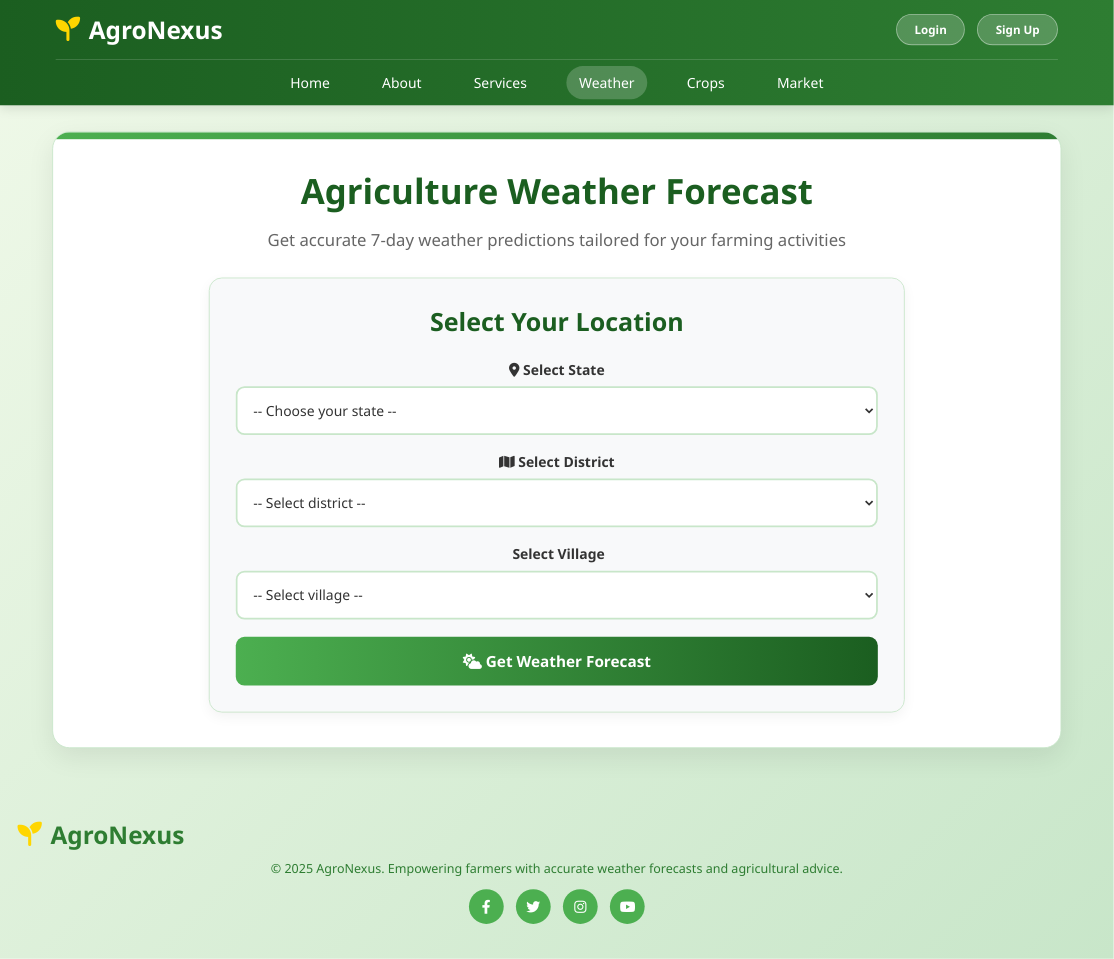
Repository: Sanika-ce/AgroNexus
Page: wheather.html
The author's editor kept a copy of each file at every save. The page is drawn from the files as they stood at one save, then again after the next save.
The browser window is 1280 px wide. The pictures show the whole page, at 87% of full size.

Above is the page before, as saved 2025-08-02 17:11:19.
Not found: weather.js

After the next save:
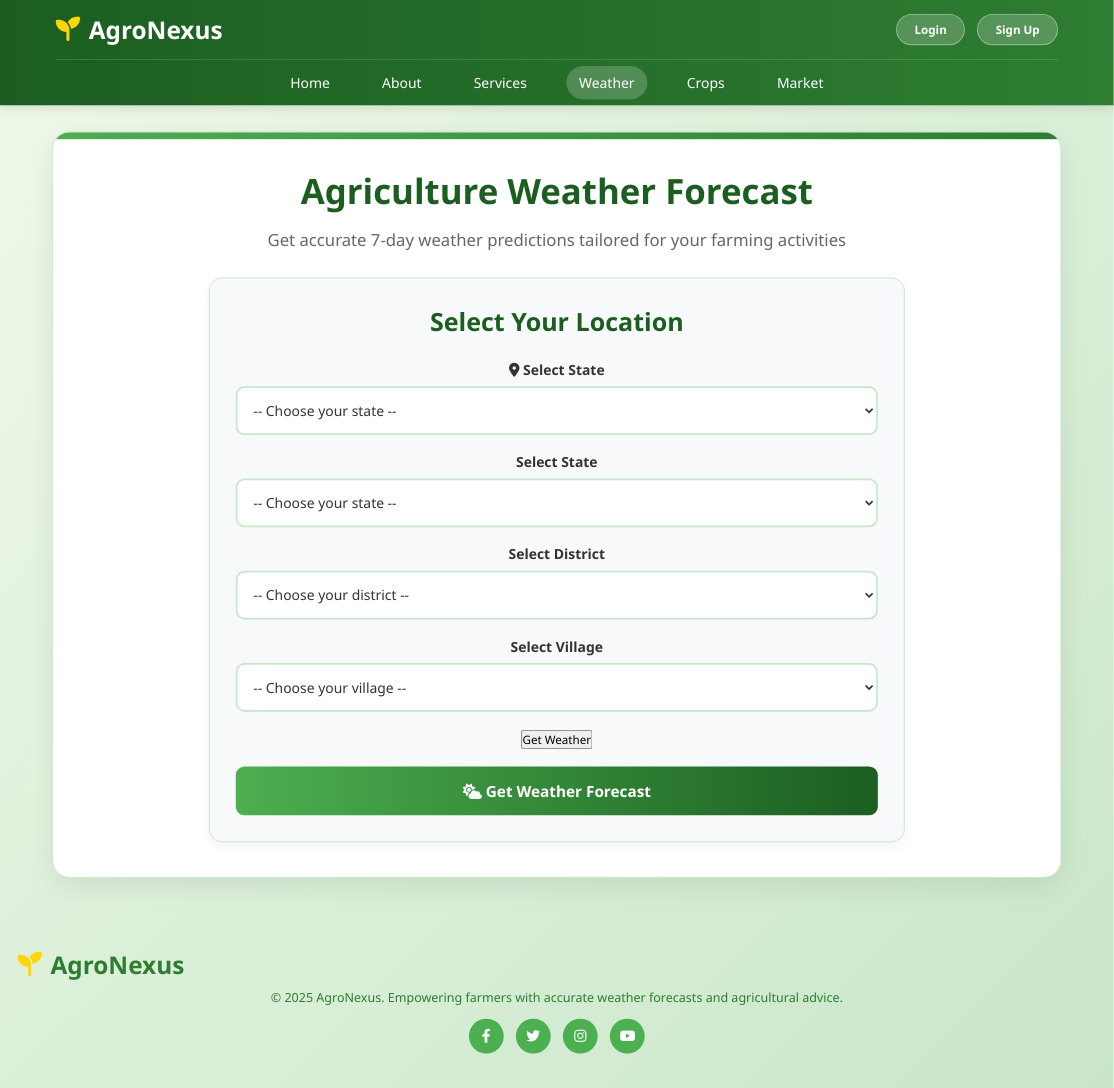
Saved 10 min 25 s later.
--- a/wheather.html
+++ b/wheather.html
@@ -58,19 +58,34 @@
                     </select>
                 </div>
 
-                <div class="select-group">
-                    <label for="district"><i class="fas fa-map"></i> Select District</label>
-                    <select id="district">
-                        <option value="">-- Select district --</option>
-                    </select>
-                </div>
+             <div class="select-group">
+  <label for="state">Select State</label>
+  <select id="state">
+    <option value="">-- Choose your state --</option>
+    <option value="Maharashtra">Maharashtra</option>
+    <option value="Karnataka">Karnataka</option>
+    <option value="Punjab">Punjab</option>
+  </select>
+</div>
 
-                <div class="select-group">
-                    <label for="village"><i class="fas fa-village"></i> Select Village</label>
-                    <select id="village">
-                        <option value="">-- Select village --</option>
-                    </select>
-                </div>
+<div class="select-group">
+  <label for="district">Select District</label>
+  <select id="district">
+    <option value="">-- Choose your district --</option>
+  </select>
+</div>
+
+<div class="select-group">
+  <label for="village">Select Village</label>
+  <select id="village">
+    <option value="">-- Choose your village --</option>
+  </select>
+</div>
+
+<button id="getWeather">Get Weather</button>
+
+<div id="weatherResult"></div>
+
 
                 <button class="get-weather-btn" id="getWeatherBtn">
                     <i class="fas fa-cloud-sun"></i> Get Weather Forecast

After the save that followed:
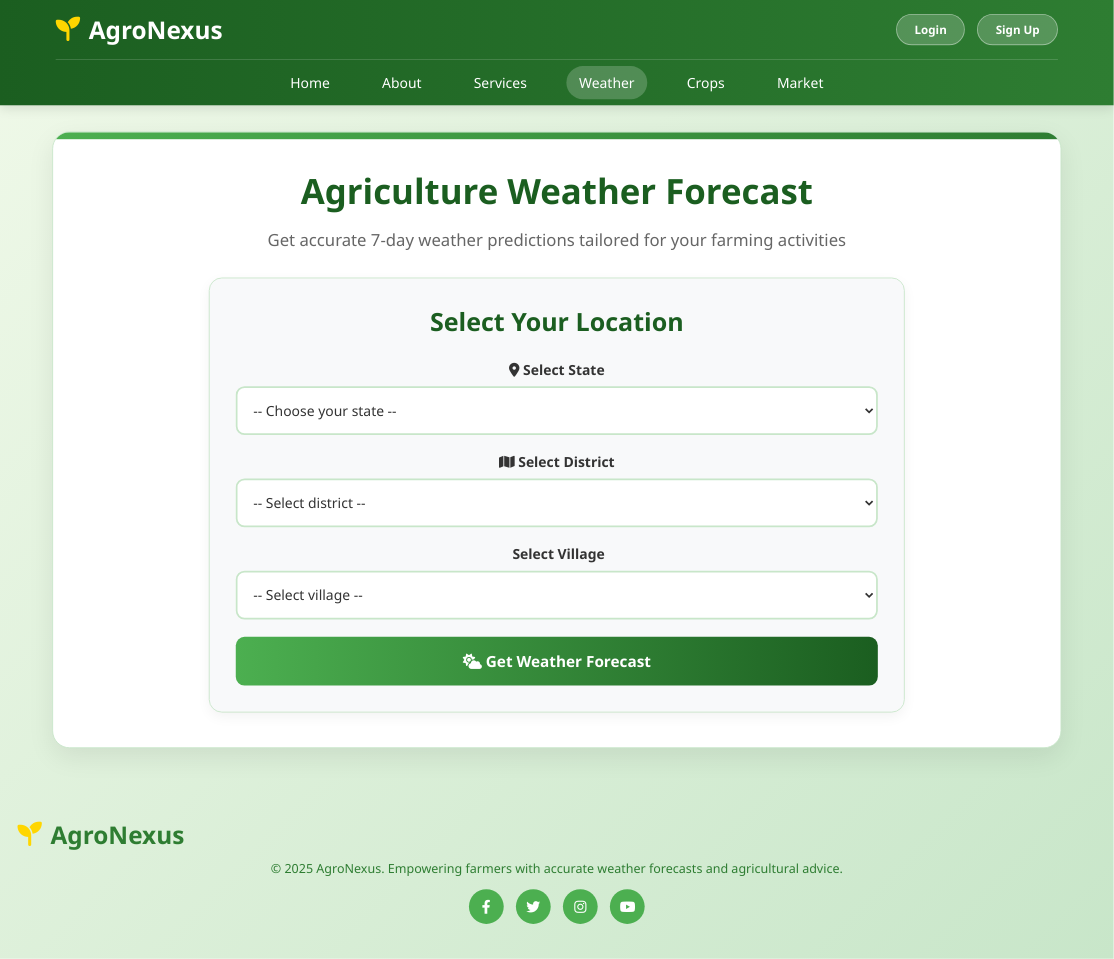
Saved 59 s later.
--- a/wheather.html
+++ b/wheather.html
@@ -58,34 +58,19 @@
                     </select>
                 </div>
 
-             <div class="select-group">
-  <label for="state">Select State</label>
-  <select id="state">
-    <option value="">-- Choose your state --</option>
-    <option value="Maharashtra">Maharashtra</option>
-    <option value="Karnataka">Karnataka</option>
-    <option value="Punjab">Punjab</option>
-  </select>
-</div>
+                <div class="select-group">
+                    <label for="district"><i class="fas fa-map"></i> Select District</label>
+                    <select id="district">
+                        <option value="">-- Select district --</option>
+                    </select>
+                </div>
 
-<div class="select-group">
-  <label for="district">Select District</label>
-  <select id="district">
-    <option value="">-- Choose your district --</option>
-  </select>
-</div>
-
-<div class="select-group">
-  <label for="village">Select Village</label>
-  <select id="village">
-    <option value="">-- Choose your village --</option>
-  </select>
-</div>
-
-<button id="getWeather">Get Weather</button>
-
-<div id="weatherResult"></div>
-
+                <div class="select-group">
+                    <label for="village"><i class="fas fa-village"></i> Select Village</label>
+                    <select id="village">
+                        <option value="">-- Select village --</option>
+                    </select>
+                </div>
 
                 <button class="get-weather-btn" id="getWeatherBtn">
                     <i class="fas fa-cloud-sun"></i> Get Weather Forecast
